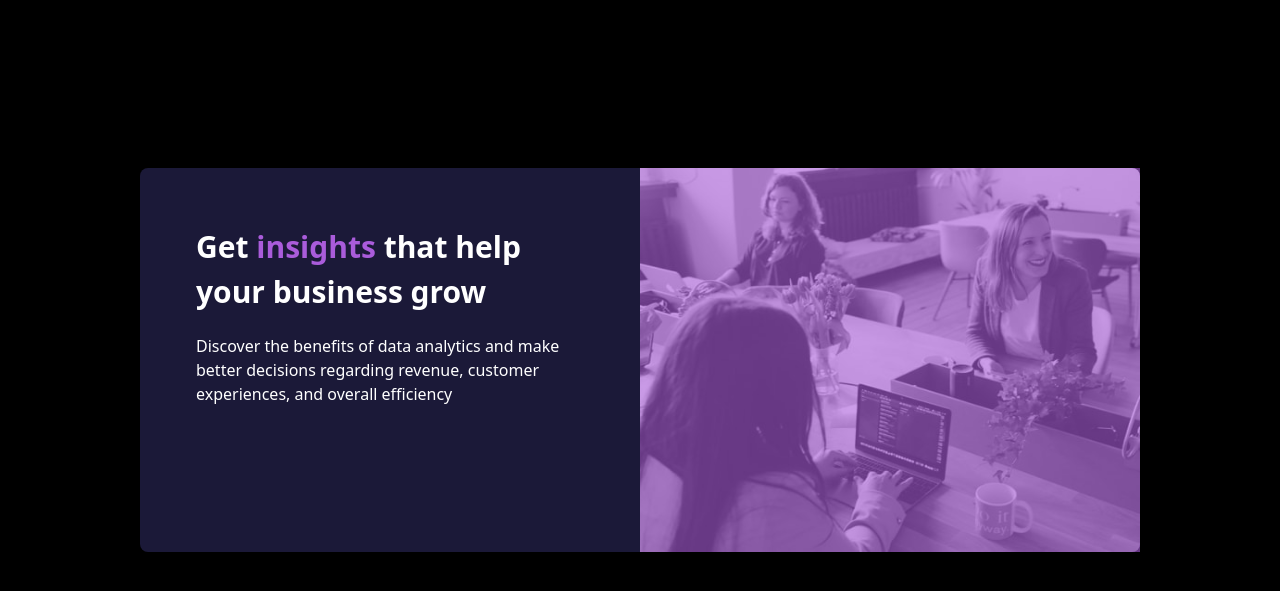
Repository: BerlinWebDev/FrontendMaster_PreviewMentor
Page: /
An editor plug-in stored every save of this project. The page is shown before and after the next save, followed by the edit.
The browser window is 1280 px wide. The pictures show the whole page.
The project was rebuilt for these pictures with package versions that can differ from the ones it lists, and the page was loaded fresh each time.

Above is the page before, as saved 2023-11-11 19:26:25.

### src/App.js
import Image from "./assets/image-header-desktop.jpg";

function App() {
  return (
    <>
      <header>
        <title>Challenge</title>
        <meta name="description" content="Challenge" />
        <link rel="icon" href="/favicon.ico" />
      </header>
      <main className="flex min-h-screen flex-col items-center justify-center bg-black">
        <div className="flex h-96 w-[1000px] rounded-lg bg-[#1b1938]">
          <aside className="w-1/2  rounded-l-lg">
            <div className="p-14">
              <div className="text-[30px] text-white font-bold">
                Get <span className="text-[#aa5cdb]">insights</span> that help
                <br />
                your business grow
              </div>
              <div className="mt-5">
                <p className="text-white">
                  Discover the benefits of data analytics and make better
                  decisions regarding revenue, customer experiences, and overall
                  efficiency
                </p>
              </div>
            </div>
          </aside>
          <aside className="w-1/2  rounded-lg relative">
            <div className="absolute inset-0 bg-[#aa5cdb] opacity-60"></div>
            <img
              className=" h-full w-full rounded-r-lg"
              src={Image}
              alt="Header-Desktop"
            />
          </aside>
        </div>
      </main>
    </>
  );
}

export default App;

Loaded but not shown: public/index.html (common file); src/index.js (common file); src/index.css (common file); tailwind.config.js (common file)

After the next save:
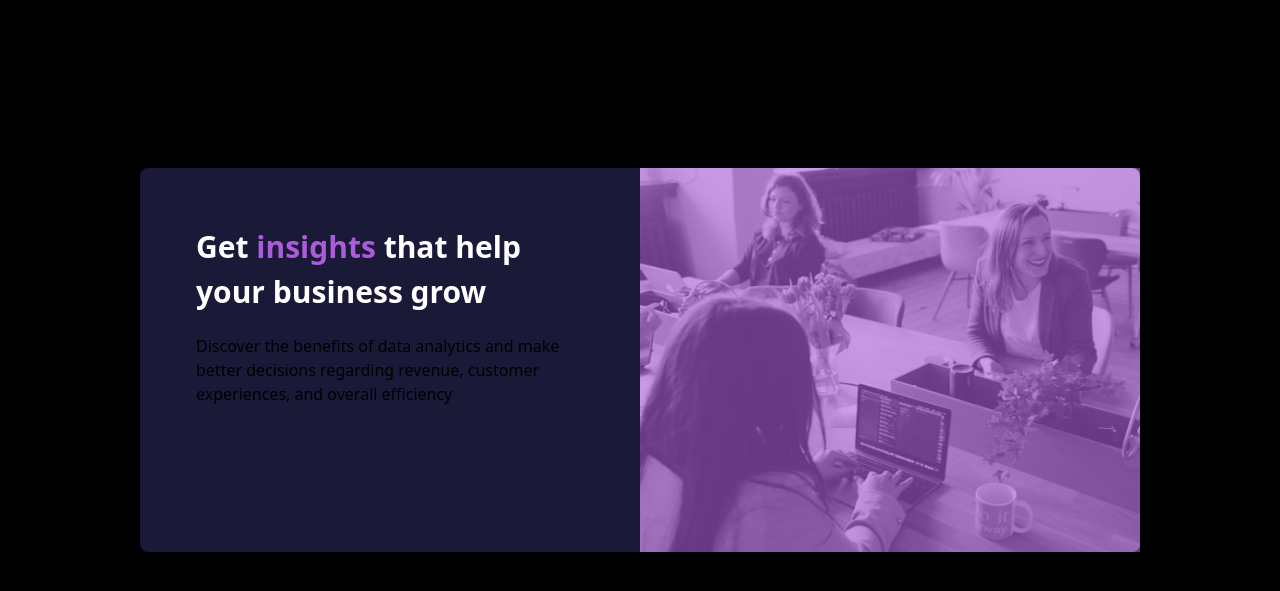
Saved 9 s later.
--- a/src/App.js
+++ b/src/App.js
@@ -18,7 +18,7 @@
                 your business grow
               </div>
               <div className="mt-5">
-                <p className="text-white">
+                <p className="text-grey">
                   Discover the benefits of data analytics and make better
                   decisions regarding revenue, customer experiences, and overall
                   efficiency

After the 2 saves that followed:
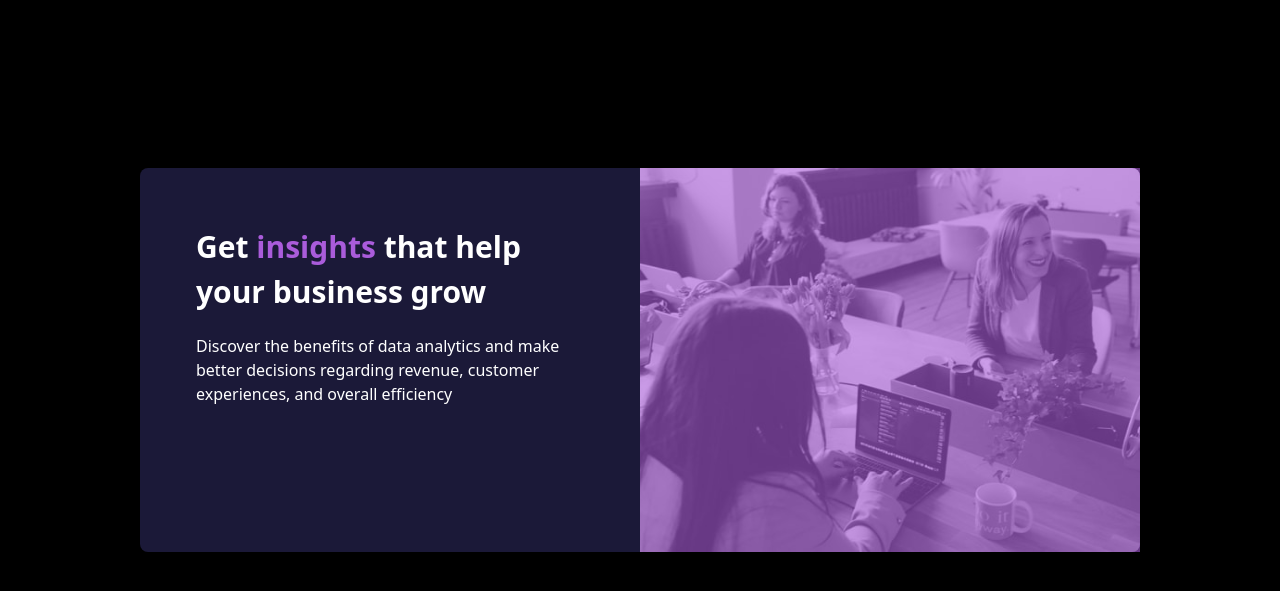
The 2 saves are shown as one change because they came seconds apart.
The last was saved 8 s later.
--- a/src/App.js
+++ b/src/App.js
@@ -18,7 +18,7 @@
                 your business grow
               </div>
               <div className="mt-5">
-                <p className="text-grey">
+                <p className="text-white">
                   Discover the benefits of data analytics and make better
                   decisions regarding revenue, customer experiences, and overall
                   efficiency
